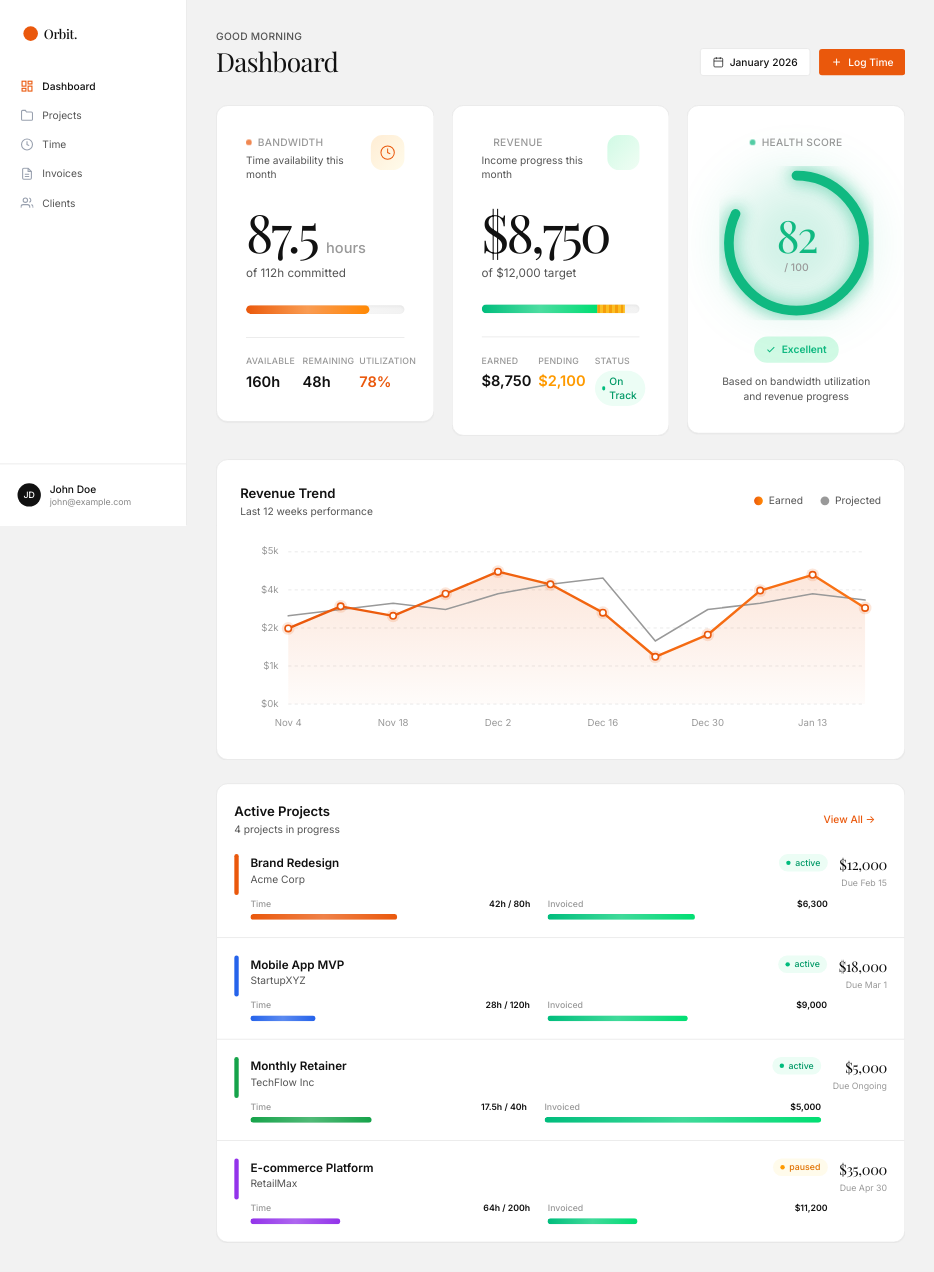
Repository: Zerraf-Badreddine/orbit
Page: /dashboard (app in frontend/)
An editor plug-in stored every save of this project. The page is shown before and after the next save, followed by the edit.
The browser window is 1280 px wide. The pictures show the whole page, at 73% of full size.
Some web fonts or font styles are not loaded; a fallback is used. The project was rebuilt for these pictures with package versions that can differ from the ones it lists, and the page was loaded fresh each time. The framework's server and built-in components were replaced by stand-ins that run in the browser. Also part of the build but not shown: frontend/next.config.ts.

Above is the page before, as saved 2026-01-29 18:40:51.

After the next save:
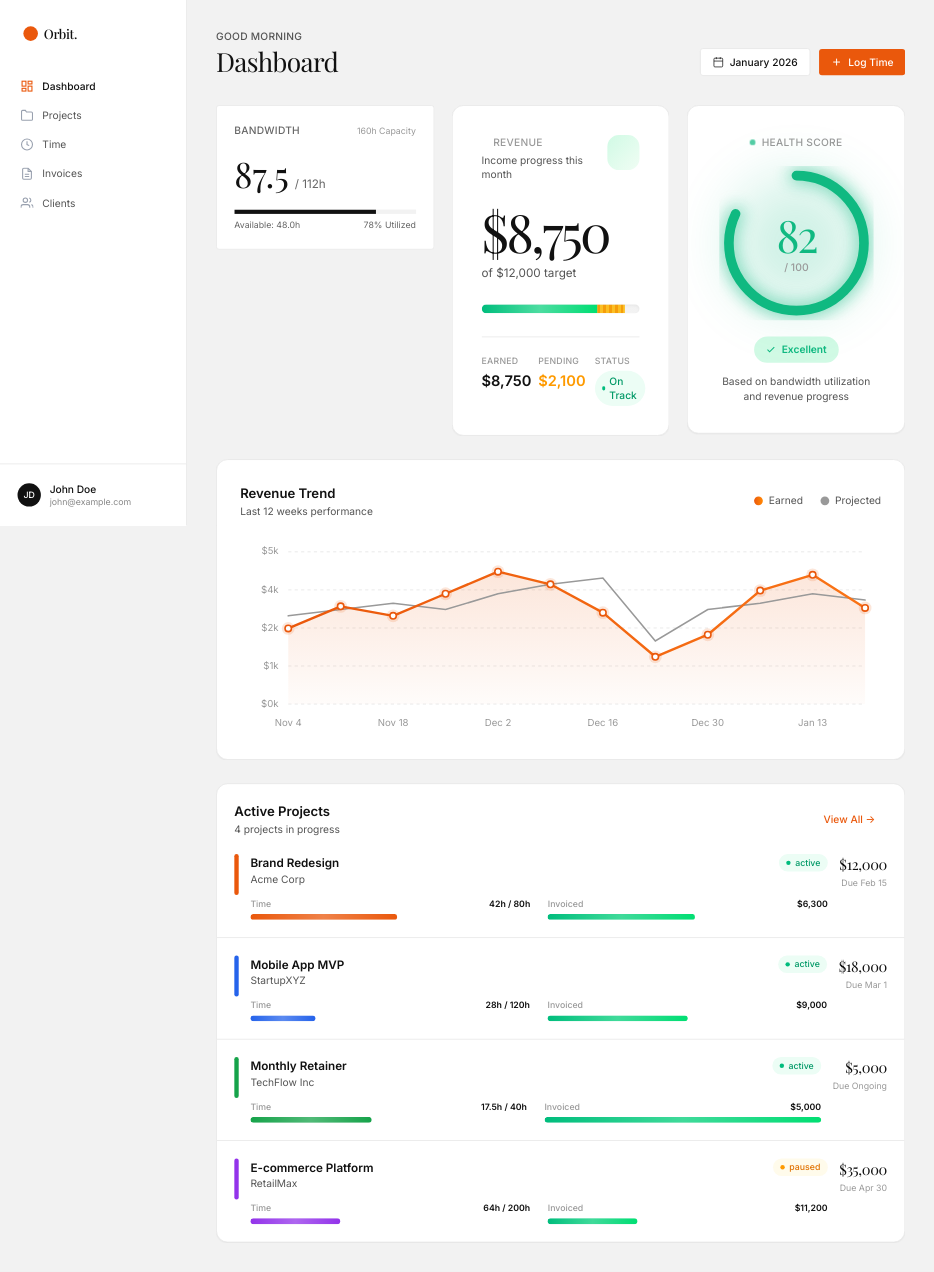
Saved 11 s later.
--- a/frontend/components/BandwidthCard.tsx
+++ b/frontend/components/BandwidthCard.tsx
@@ -16,110 +16,36 @@ export function BandwidthCard({
   hoursLogged,
   utilizationPercentage,
 }: BandwidthCardProps) {
-  const progressRef = useRef<HTMLDivElement>(null);
-  const numberRef = useRef<HTMLSpanElement>(null);
-
-  const remainingHours = hoursAvailable - hoursCommitted;
-  const loggedPercentage = (hoursLogged / hoursCommitted) * 100;
+  const barRef = useRef<HTMLDivElement>(null);
 
   useEffect(() => {
-    // Animate progress bar
-    if (progressRef.current) {
-      gsap.fromTo(progressRef.current,
-        { width: "0%" },
-        { width: `${Math.min(loggedPercentage, 100)}%`, duration: 1.2, delay: 0.3, ease: "power3.out" }
-      );
+    if (barRef.current) {
+      gsap.fromTo(barRef.current, { width: 0 }, { width: `${Math.min(utilizationPercentage, 100)}%`, duration: 1, ease: "power2.out" });
     }
-
-    // Animate number counting
-    if (numberRef.current) {
-      gsap.fromTo({ val: 0 }, { val: hoursLogged }, {
-        duration: 1.5,
-        delay: 0.2,
-        ease: "power3.out",
-        onUpdate: function() {
-          if (numberRef.current) {
-            numberRef.current.textContent = this.targets()[0].val.toFixed(1);
-          }
-        }
-      });
-    }
-  }, [hoursLogged, loggedPercentage]);
+  }, [utilizationPercentage]);
 
   return (
-    <div className="group relative overflow-hidden rounded-2xl bg-white border border-[var(--color-border-subtle)] p-8 lg:p-10 shadow-[var(--shadow-card)] hover:shadow-[var(--shadow-card-hover)] transition-all duration-300">
-      {/* Gradient overlay on hover */}
-      <div className="absolute inset-0 bg-gradient-to-br from-orange-500/5 via-transparent to-amber-500/5 opacity-0 group-hover:opacity-100 transition-opacity duration-500" />
-
-      {/* Header */}
-      <div className="relative flex items-start justify-between mb-8">
-        <div>
-          <div className="flex items-center gap-2 mb-1">
-            <div className="w-2 h-2 rounded-full bg-[var(--color-accent-primary)] animate-pulse" />
-            <p className="text-[var(--color-text-muted)] text-sm font-medium tracking-wide uppercase">
-              Bandwidth
-            </p>
-          </div>
-          <p className="text-[var(--color-text-secondary)] text-sm">
-            Time availability this month
-          </p>
-        </div>
-        <div className="w-12 h-12 rounded-2xl bg-gradient-to-br from-orange-100 to-amber-50 flex items-center justify-center group-hover:scale-110 transition-transform duration-300">
-          <svg width="22" height="22" viewBox="0 0 24 24" fill="none" stroke="var(--color-accent-primary)" strokeWidth="1.5">
-            <circle cx="12" cy="12" r="10" />
-            <polyline points="12 6 12 12 16 14" />
-          </svg>
-        </div>
+    <div className="card p-6 bg-white">
+      <div className="flex justify-between items-baseline mb-6">
+        <h3 className="text-sm font-medium text-[#666] uppercase tracking-wide">Bandwidth</h3>
+        <span className="text-xs text-[#999]">{hoursAvailable}h Capacity</span>
       </div>
 
-      {/* Main Number */}
-      <div className="relative mb-8">
-        <div className="flex items-baseline gap-3">
-          <span ref={numberRef} className="font-serif text-6xl lg:text-7xl tracking-tighter text-[var(--color-text-primary)]">
-            0.0
-          </span>
-          <span className="text-[var(--color-text-muted)] text-xl font-medium">
-            hours
-          </span>
-        </div>
-        <p className="text-[var(--color-text-secondary)] text-base mt-2">
-          of {hoursCommitted}h committed
-        </p>
+      <div className="flex items-baseline gap-2 mb-6">
+        <span className="font-serif text-5xl text-[#111]">{hoursLogged.toFixed(1)}</span>
+        <span className="text-[#666]">/ {hoursCommitted}h</span>
       </div>
 
-      {/* Progress Bar */}
-      <div className="relative mb-8">
-        <div className="h-3 bg-gradient-to-r from-[var(--color-bg-muted)] to-[var(--color-bg-main)] rounded-full overflow-hidden shadow-inner">
-          <div
-            ref={progressRef}
-            className="h-full bg-gradient-to-r from-[var(--color-accent-primary)] to-orange-400 rounded-full relative"
-            style={{ width: "0%" }}
-          >
-            <div className="absolute inset-0 bg-gradient-to-r from-transparent via-white/30 to-transparent animate-[shimmer_2s_infinite]" />
-          </div>
-        </div>
+      <div className="w-full bg-[#F2F2F2] h-1.5 overflow-hidden">
+        <div
+          ref={barRef}
+          className="h-full bg-[#111]"
+          style={{ width: 0 }}
+        />
       </div>
-
-      {/* Stats Row */}
-      <div className="relative grid grid-cols-3 gap-4 pt-6 border-t border-[var(--color-border-subtle)]">
-        <div>
-          <p className="text-[var(--color-text-muted)] text-xs uppercase tracking-wide mb-1.5 font-medium">
-            Available
-          </p>
-          <p className="text-xl font-semibold">{hoursAvailable}h</p>
-        </div>
-        <div>
-          <p className="text-[var(--color-text-muted)] text-xs uppercase tracking-wide mb-1.5 font-medium">
-            Remaining
-          </p>
-          <p className="text-xl font-semibold">{remainingHours}h</p>
-        </div>
-        <div>
-          <p className="text-[var(--color-text-muted)] text-xs uppercase tracking-wide mb-1.5 font-medium">
-            Utilization
-          </p>
-          <p className="text-xl font-semibold text-[var(--color-accent-primary)]">{utilizationPercentage.toFixed(0)}%</p>
-        </div>
+      <div className="flex justify-between mt-2 text-xs text-[#666]">
+         <span>Available: {(hoursAvailable - hoursCommitted).toFixed(1)}h</span>
+         <span>{utilizationPercentage.toFixed(0)}% Utilized</span>
       </div>
     </div>
   );
